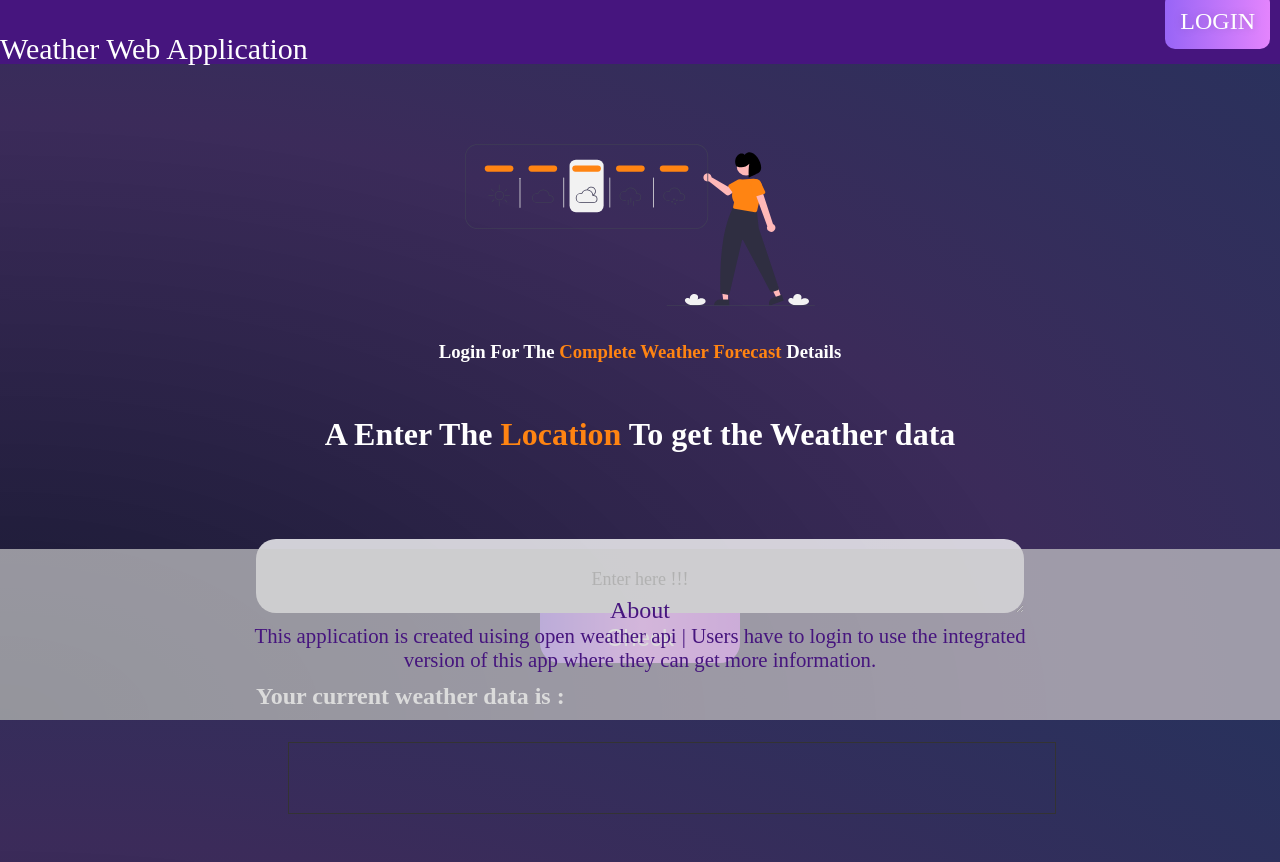
Repository: Irfan-vit/openapi
Page: index.html
An editor plug-in stored every save of this project. The page is shown before and after the next save, followed by the edit.
The browser window is 1280 px wide. The pictures show the whole page.
Backgrounds fixed to the window are drawn as part of the page.

Above is the page before, as saved 2021-05-29 03:07:13.

After the next save:
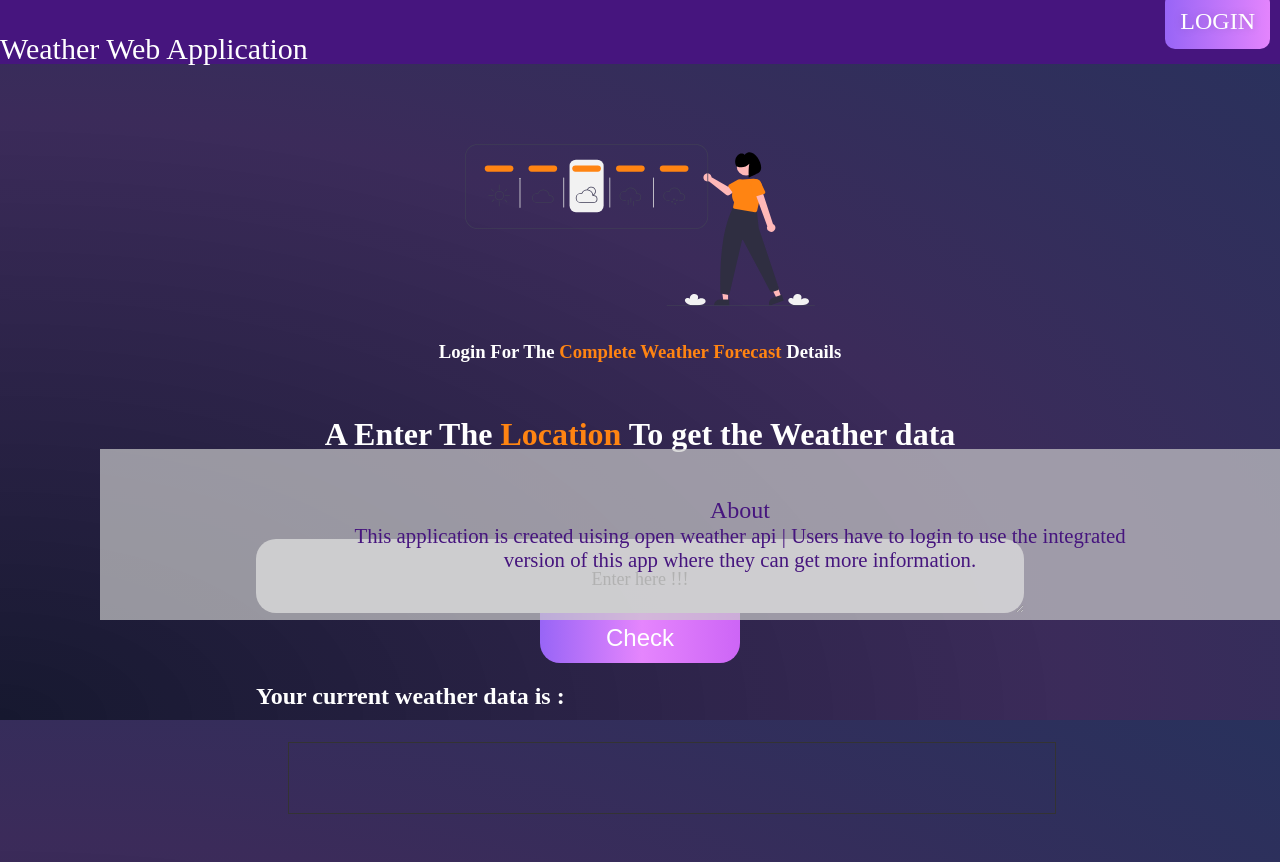
Saved 24 s later.
--- a/style.css
+++ b/style.css
@@ -101,7 +101,7 @@ footer {
     text-align: center;
     color: #46157E;
     font-size:1.3rem;
-    margin-top: 100px;
+    margin: 100px;
     padding: 3rem;
 }
 
